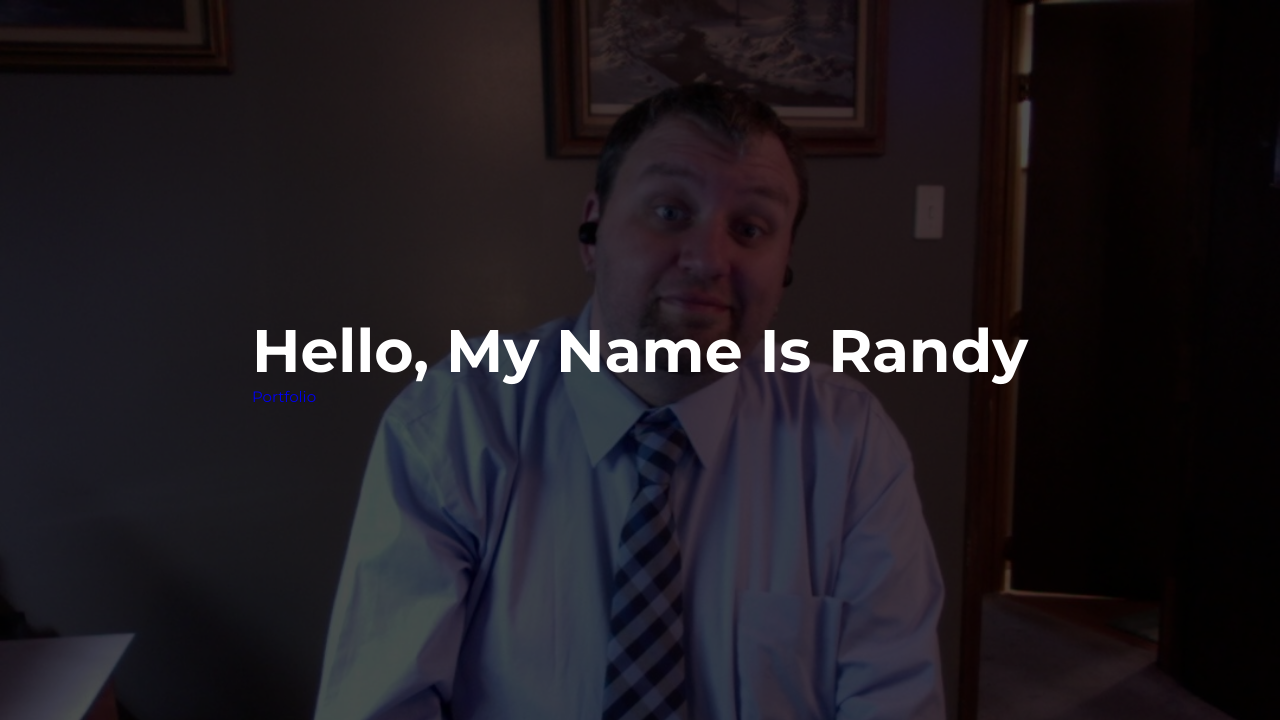
Repository: randysteele/my-portfolio-2023
Page: index.html
The author's editor kept a copy of each file at every save. The page is drawn from the files as they stood at one save, then again after the next save.
The browser window is 1280 px wide. The pictures show the whole page.

Above is the page before, as saved 2023-04-22 14:16:54.

After the next save:
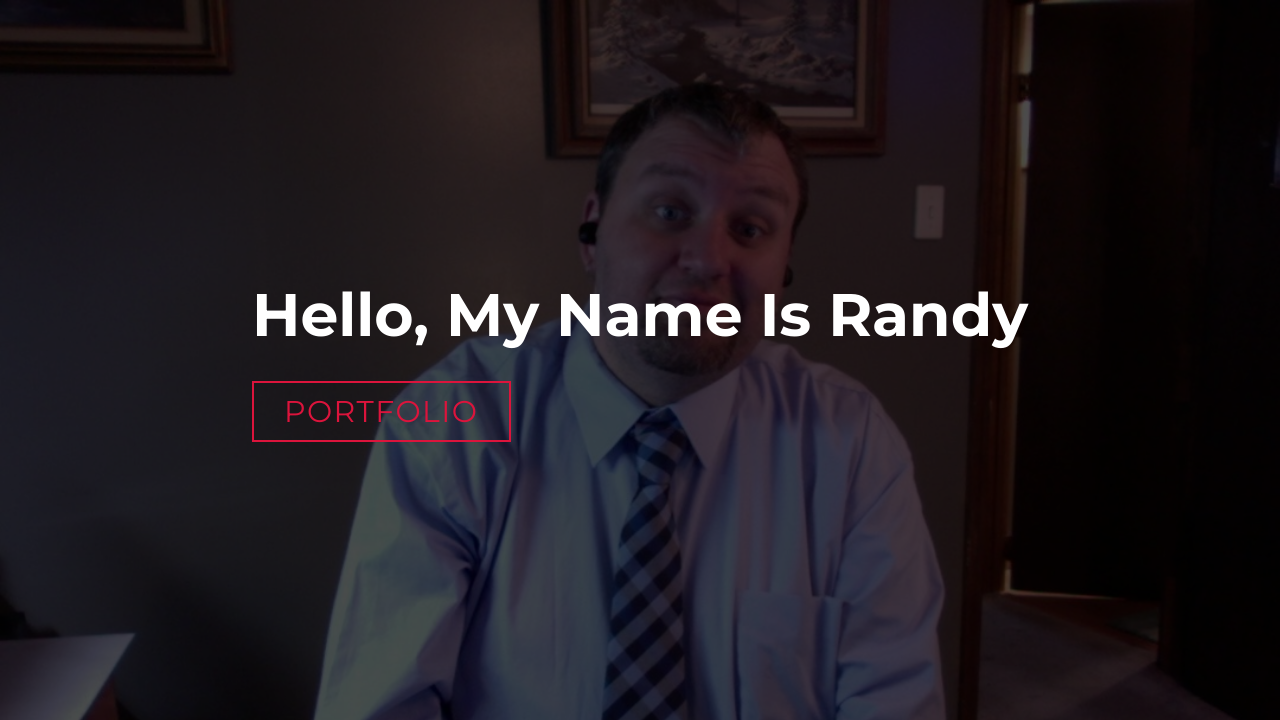
Saved 116 s later.
--- a/style.css
+++ b/style.css
@@ -44,4 +44,17 @@
     position: relative;
     color: white;
 }
+#hero .cta {
+  display: inline-block;
+  padding: 10px 30px;
+  color: crimson;
+  background-color: transparent;
+  border: 2px solid crimson;
+  font-size: 2rem;
+  text-transform: uppercase;
+  letter-spacing: .1rem;
+  margin-top: 30px;
+  transition: .3s ease background-color;
+
+}
 /* End Hero Section */
